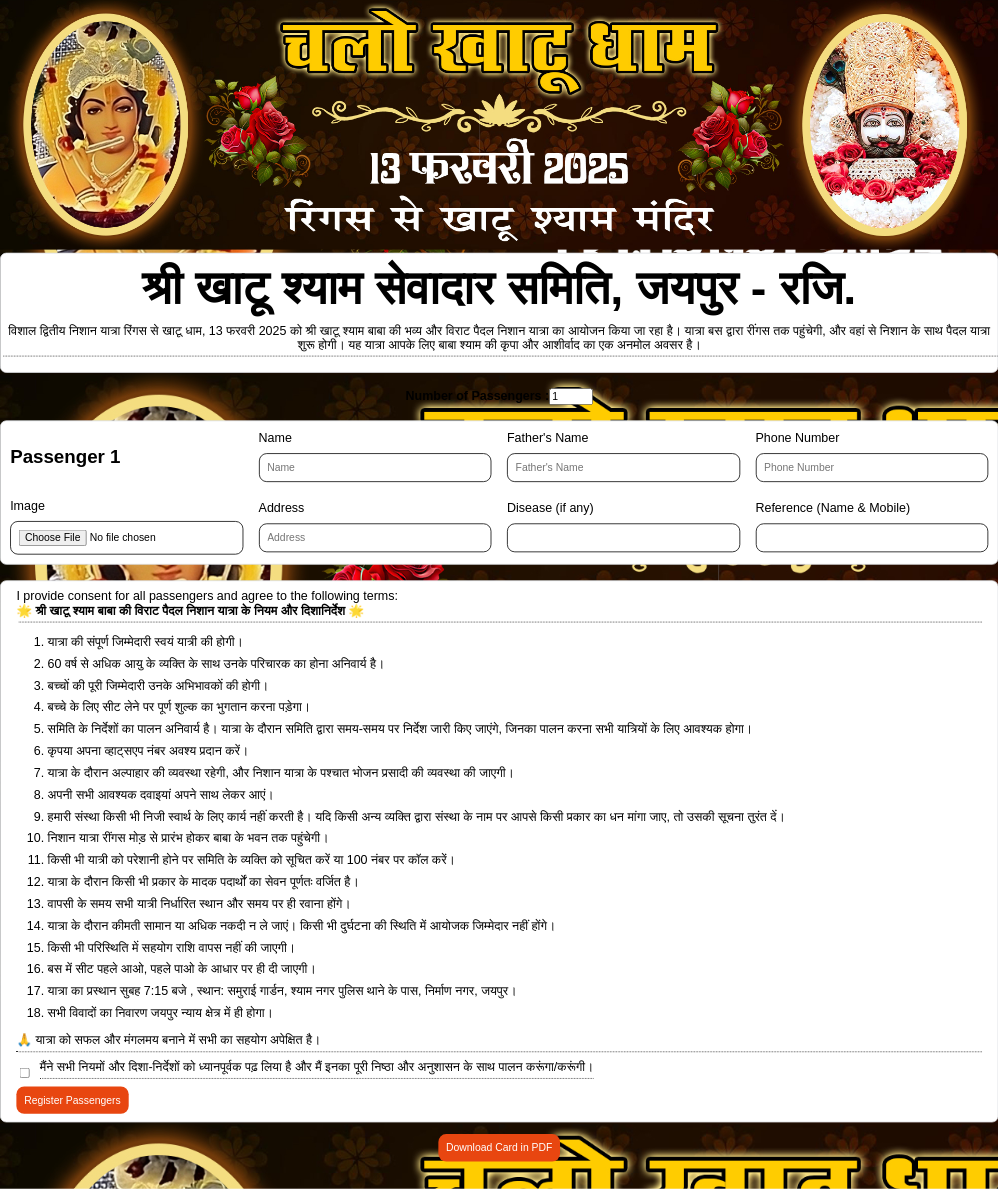
Repository: pripriya09/StudentID-Card-Download
Page: / (app in frontend/)
These files come from the project's save history. The page is drawn as it stood at one moment and after a run of saves; the edit follows.
The browser window is 1280 px wide. The pictures show the whole page, at 78% of full size.
The project was rebuilt for these pictures with package versions that can differ from the ones it lists, and the page was loaded fresh each time. Also part of the build but not shown: frontend/vite.config.js.

Above is the page before, as saved 2025-01-16 16:09:19.

### frontend/src/main.jsx
import React from 'react'
import ReactDOM from 'react-dom/client'
// import App from './App'
// import './index.css'
import Form from './Form.jsx'
// import IDCardForm from './copy form/IDCardForm.jsx'

ReactDOM.createRoot(document.getElementById('root')).render(
  <React.StrictMode>
    {/* <App /> */}
    <Form/>
    {/* <IDCardForm/> */}
  </React.StrictMode>,
)

### frontend/src/Form.jsx
import React, { useState, useRef } from "react";
import jsPDF from "jspdf";
import html2canvas from "html2canvas";
import axios from "axios";
import "./App.css";

const Form = () => {
  const [count, setCount] = useState(1); // Number of passengers
  const [consent, setConsent] = useState(false);
  const [isSubmitted, setIsSubmitted] = useState(false); // Track if the form is successfully submitted
  const [formData, setFormData] = useState(
    Array.from({ length: 1 }, () => ({
      name: "",
      fatherName: "",
      phoneNumber: "",
      address: "",
      image: null,
      disease: "",
      reference: "",
      registrationNumber: "", // Add a registration number field
    }))
  );
  const [idCardData, setIdCardData] = useState(null);
  const fileInputRefs = useRef([]);

  const handleCountChange = (e) => {
    let value = parseInt(e.target.value, 10);

    // Ensure value is within range 1 to 10
    if (value < 1) {
      value = 1;
    } else if (value > 10) {
      value = 10;
    }

    // Update state
    setCount(value);

    // Update the formData array to match the new count
    setFormData((prev) =>
      Array.from({ length: value }, (_, i) => prev[i] || {
        name: "",
        fatherName: "",
        phoneNumber: "",
        address: "",
        image: "",
        disease: "",
        reference: "",
        registrationNumber: "",
      })
    );
  };


  const handleChange = (index, e) => {
    const { name, value, type, files } = e.target;
    setFormData((prevData) => {
      const updatedData = [...prevData];
      if (type === "file") {
        const reader = new FileReader();
        reader.onloadend = () => {
          updatedData[index][name] = reader.result;
          setFormData(updatedData);
        };
        if (files[0]) reader.readAsDataURL(files[0]);
      } else {
        updatedData[index][name] = value;
      }
      return updatedData;
    });
  };

  const handleSubmit = async (e) => {
    e.preventDefault();
    if (!consent) {
      alert("Please provide consent for registration.");
      return;
    }
    try {
      const formDataToSubmit = formData.map((data) => {
        const {
          name,
          fatherName,
          phoneNumber,
          address,
          image,
          consent,
          disease,
          reference,
        } = data;
        return {
          name,
          fatherName,
          phoneNumber,
          address,
          image, // Base64 image
          consent,
          disease,
          reference,
        };
      });

      const response = await axios.post("http://localhost:6009/api/students", {
        passengers: formDataToSubmit,
        consent: consent,
      });

      if (response.status === 200) {
        alert("Passengers registered successfully.");
        console.log("Response Data:", response.data);

        setFormData((prevData) =>
          prevData.map((data, index) => ({
            ...data,
            registrationNumber: response.data.registrationNumbers[index],
          }))
        );

        // Mark the form as successfully submitted
        setIsSubmitted(true);
      } else {
        alert("Failed to register passengers. Please try again.");
      }

      setIdCardData(formData);
    } catch (error) {
      console.error("Error submitting form:", error);
      alert("An error occurred while submitting the form.");
    }
  };

  const handleDownloadPDF = () => {
    // Check if all passengers have a valid registration number
    if (formData.some((data) => !data.registrationNumber)) {
      alert("Please register all passengers before downloading the ID cards.");
      return;
    }

    const pdf = new jsPDF();
    const idCardElements = document.querySelectorAll(".id-card-table");

    Promise.all(
      Array.from(idCardElements).map((card) =>
        html2canvas(card, { scale: 1 }).then((canvas) =>
          canvas.toDataURL("image/png")
        )
      )
    ).then((images) => {
      const pdfWidth = pdf.internal.pageSize.getWidth();
      const pdfHeight = pdf.internal.pageSize.getHeight();

      // Define ID card dimensions and spacing
      const cardWidth = 100; // Set desired width for the ID card
      const cardHeight = 60; // Set desired height for the ID card
      const margin = 3; // Margin between cards
      const cardsPerRow = Math.floor(
        (pdfWidth - margin) / (cardWidth + margin)
      );

      let x = margin;
      let y = margin;

      images.forEach((imgData, index) => {
        // Add image to the PDF
        pdf.addImage(imgData, "PNG", x, y, cardWidth, cardHeight);

        // Update x and y for the next card
        x += cardWidth + margin;

        // Move to the next row if the current row is full
        if ((index + 1) % cardsPerRow === 0) {
          x = margin;
          y += cardHeight + margin;

          // Add a new page if the current page is full
          if (y + cardHeight + margin > pdfHeight) {
            pdf.addPage();
            y = margin;
          }
        }
      });

      // Save the PDF
      pdf.save("Passenger_ID_Cards.pdf");

      // Reset form to default state after download
      setFormData([
        {
          name: "",
          fatherName: "",
          phoneNumber: "",
          address: "",
          disease: "",
          reference: "",
          image: null,
          registrationNumber: "",
        },
      ]);
      setConsent(false); // Reset consent checkbox
      setCount(1); // Set passenger count back to 1

      // Reset file inputs (clear image fields)
      if (fileInputRefs.current) {
        fileInputRefs.current.forEach((ref) => (ref.value = "")); // Clear file inputs
      }
      setIsSubmitted(false);
    });
  };


  return (
    <div className="maincontainer">
      <div className="header"></div>
      <div className="App content">
        <div className="header-pic">
          <img src="/khatu-shyam-banner.jpg" alt="" />
        </div>
        <div className="header-txt">
        <h1>श्री खाटू श्याम सेवादार समिति, जयपुर - रजि.</h1>
        <p>विशाल द्वितीय निशान यात्रा रिंगस से खाटू धाम, 13 फरवरी 2025 को श्री खाटू श्याम बाबा की भव्य और विराट पैदल निशान यात्रा का आयोजन किया जा रहा है। यात्रा बस द्वारा रींगस तक पहुंचेगी, और वहां से निशान के साथ पैदल यात्रा शुरू होगी। यह यात्रा आपके लिए बाबा श्याम की कृपा और आशीर्वाद का एक अनमोल अवसर है।</p>
        </div>
        <div className="passanger-count">
        <label>
          Number of Passengers :
          <input
  type="number"
  min="1"
  max="10"
  value={count}
  onChange={handleCountChange}
  onInput={(e) => {
    let value = e.target.value;
    value = value.replace(/^0+/, "");
    if (value === "" || isNaN(value)) {
      setCount("");
    } else {
      const numericValue = Math.min(Math.max(parseInt(value, 10), 1), 10);
      if(numericValue > 10){
   alert("only 10 passengers are allowed")
      }

      setCount(numericValue);
    }
  }}
  required
/>
</label>
</div>
        <form onSubmit={handleSubmit}>
          {formData.map((data, index) => (
            <div key={index} className="passenger-form">
              <h2>Passenger {index + 1}</h2>
              <div className="form-field">
                <label htmlFor={`name-${index}`}>Name</label>
                <input
                  type="text"
                  name="name"
                  id={`name-${index}`}
                  placeholder="Name"
                  value={data.name}
                  onChange={(e) => handleChange(index, e)}
                  maxLength={20}
                  required
                />
              </div>

              <div className="form-field">
                <label htmlFor={`fatherName-${index}`}>Father's Name</label>
                <input
                  type="text"
                  name="fatherName"
                  id={`fatherName-${index}`}
                  placeholder="Father's Name"
                  value={data.fatherName}
                  onChange={(e) => handleChange(index, e)}
                  maxLength={20}
                  required
                />
              </div>

              <div className="form-field">
                <label htmlFor={`phoneNumber-${index}`}>Phone Number</label>
                <input
                  type="tel"
                  name="phoneNumber"
                  id={`phoneNumber-${index}`}
                  placeholder="Phone Number"
                  value={data.phoneNumber}
                  onChange={(e) => handleChange(index, e)}
                  pattern="\d{10}"
                  title="Phone number must be 10 digits / only number allowed"
                  required
                />
              </div>

              <div className="form-field">
                <label htmlFor={`image-${index}`}>Image</label>
                <input
                  type="file"
                  name="image"
                  id={`image-${index}`}
                  onChange={(e) => handleChange(index, e)}
                  ref={(el) => (fileInputRefs.current[index] = el)}
                  required
                />
              </div>

              <div className="form-field">
                <label htmlFor={`address-${index}`}>Address</label>
                <input
                  type="text"
                  name="address"
                  id={`address-${index}`}
                  placeholder="Address"
                  value={data.address}
                  onChange={(e) => handleChange(index, e)}
                  maxLength={20}
                  required
                />
              </div>

              <div className="form-field">
                <label htmlFor={`disease-${index}`}>Disease (if any)</label>
                <input
                  type="text"
                  name="disease"
                  id={`disease-${index}`}
                  value={data.disease}
                  onChange={(e) => handleChange(index, e)}
                  required
                />
              </div>

              <div className="form-field">
                <label htmlFor={`reference-${index}`}>Reference (Name & Mobile)</label>
                <input
                  type="text"
                  name="reference"
                  id={`reference-${index}`}
                  value={data.reference}
                  onChange={(e) => handleChange(index, e)}
                  required
                />
              </div>
            </div>
          ))}

          <label className="centered-consent">
            <div className="agreement-text">
              <span>
                I provide consent for all passengers and agree to the following terms:
              </span>
              <p><strong>🌟 श्री खाटू श्याम बाबा की विराट पैदल निशान यात्रा के नियम और दिशानिर्देश 🌟</strong></p>
              <ol>
                <li>यात्रा की संपूर्ण जिम्मेदारी स्वयं यात्री की होगी।</li>
                <li>60 वर्ष से अधिक आयु के व्यक्ति के साथ उनके परिचारक का होना अनिवार्य है।</li>
                <li>बच्चों की पूरी जिम्मेदारी उनके अभिभावकों की होगी।</li>
                <li>बच्चे के लिए सीट लेने पर पूर्ण शुल्क का भुगतान करना पड़ेगा।</li>
                <li>समिति के निर्देशों का पालन अनिवार्य है। यात्रा के दौरान समिति द्वारा समय-समय पर निर्देश जारी किए जाएंगे, जिनका पालन करना सभी यात्रियों के लिए आवश्यक होगा।</li>
                <li>कृपया अपना व्हाट्सएप नंबर अवश्य प्रदान करें।</li>
                <li>यात्रा के दौरान अल्पाहार की व्यवस्था रहेगी, और निशान यात्रा के पश्चात भोजन प्रसादी की व्यवस्था की जाएगी।</li>
                <li>अपनी सभी आवश्यक दवाइयां अपने साथ लेकर आएं।</li>
                <li>हमारी संस्था किसी भी निजी स्वार्थ के लिए कार्य नहीं करती है। यदि किसी अन्य व्यक्ति द्वारा संस्था के नाम पर आपसे किसी प्रकार का धन मांगा जाए, तो उसकी सूचना तुरंत दें।</li>
                <li>निशान यात्रा रींगस मोड़ से प्रारंभ होकर बाबा के भवन तक पहुंचेगी।</li>
                <li>किसी भी यात्री को परेशानी होने पर समिति के व्यक्ति को सूचित करें या 100 नंबर पर कॉल करें।</li>
                <li>यात्रा के दौरान किसी भी प्रकार के मादक पदार्थों का सेवन पूर्णतः वर्जित है।</li>
                <li>वापसी के समय सभी यात्री निर्धारित स्थान और समय पर ही रवाना होंगे।</li>
                <li>यात्रा के दौरान कीमती सामान या अधिक नकदी न ले जाएं। किसी भी दुर्घटना की स्थिति में आयोजक जिम्मेदार नहीं होंगे।</li>
                <li>किसी भी परिस्थिति में सहयोग राशि वापस नहीं की जाएगी।</li>
                <li>बस में सीट पहले आओ, पहले पाओ के आधार पर ही दी जाएगी।</li>
                <li>यात्रा का प्रस्थान सुबह 7:15 बजे , स्थान: समुराई गार्डन, श्याम नगर पुलिस थाने के पास, निर्माण नगर, जयपुर।</li>
                <li>सभी विवादों का निवारण जयपुर न्याय क्षेत्र में ही होगा।</li>
              </ol>
              <p>🙏 यात्रा को सफल और मंगलमय बनाने में सभी का सहयोग अपेक्षित है।</p>

              <div className="terms">
                <input
                  type="checkbox"
                  name="consent"
                  checked={consent}
                  onChange={() => setConsent(!consent)}
                  required
                />
                <p>मैंने सभी नियमों और दिशा-निर्देशों को ध्यानपूर्वक पढ़ लिया है और मैं इनका पूरी निष्ठा और अनुशासन के साथ पालन करूंगा/करूंगी।</p>
              </div>
              <button type="submit">Register Passengers</button>
            </div>
          </label>
        </form>

        <div className="download-pdf">
          <button className="id-print-btn" onClick={handleDownloadPDF}>
            Download Card in PDF
          </button>
        </div>

        {/* Display ID Card after Successful Submission */}
        {isSubmitted && formData.map((data, index) => (
  <table className="id-card-table" key={index} >
    <tbody>
      {/* First Row */}
      <tr>

        <td colSpan="1" style={{ color: "red", fontWeight: 700, textAlign: "left", fontSize: "10px", whiteSpace: "nowrap" }}>
          ॥ श्री खाटू श्याम देवाय नमः ॥
        </td>
        <td colSpan="2" style={{ color: "rgb(0, 0, 206)", fontWeight: 700, fontSize: "10px", textAlign: "right" }}>
          रजि. नं. : COOPI2024 / JAIPURI206591
        </td>
      </tr>

      {/* Title Row */}
      <tr>
        <td colSpan="3" style={{ textAlign: "center", color: "rgb(255, 0, 0)", fontWeight: 900, fontSize: "26px" }}>
          श्री खाटू श्याम सेवादार समिति
        </td>
      </tr>

      {/* Address Row */}
      <tr>
        <td colSpan="3" style={{ textAlign: "center", color: "rgb(0, 0, 0)", fontSize: "12px", fontWeight: 600 }}>
          ए बी 468, दूसरी मंजिल, निर्माण नगर, किंग्स रोड़, अजमेर रोड़, जयपुर मो- 8905902495
        </td>
      </tr>

      {/* Event Row */}
      <tr>
        <td colSpan="3" style={{ textAlign: "center", color: "rgb(255, 0, 43)", fontWeight: 700, fontSize: "15px" }}>
          रींगस से खाटूधाम पदयात्रा (दिनांक- 13 फरवरी 2025)
        </td>
      </tr>

      {/* ID Card Details */}
      <tr>
        {/* Profile Image Column */}
        <td colSpan="1" rowspan="5" style={{ textAlign: "center" }}>
          <img src={data.image || './shyam.jpg'} className="profile-img" alt="Profile" />
        </td>

        {/* Registration Number */}
        <td className="large-text" colSpan="2" style={{ color: "rgb(0, 0, 0)", fontWeight: 600, borderBottom: "dotted 1px rgb(58, 58, 58)" }}>
          रजिस्ट्रेशन नं. - {data.registrationNumber}
        </td>
      </tr>

      {/* Name Row */}
      <tr>
        <td colSpan="2" className="large-text" style={{ color: "rgb(0, 0, 0)", fontWeight: 600, borderBottom: "dotted 1px rgb(58, 58, 58)"}}>
          पदयात्री का नाम - {data.name}
        </td>
      </tr>

      {/* Father’s Name Row */}
      <tr>
        <td colSpan="3" className="large-text" style={{ color: "rgb(0, 0, 0)", fontWeight: 600, borderBottom: "1px dotted rgb(58, 58, 58)",  }}>
          पिता का नाम - {data.fatherName}
        </td>
      </tr>

      {/* Phone Number Row */}
      <tr>
        <td colSpan="2" className="large-text" style={{ color: "rgb(0, 0, 0)", fontWeight: 600, borderBottom: "1px dotted rgb(58, 58, 58)",}}>
          पदयात्री मोबाइल नं. - {data.phoneNumber}
        </td>
      </tr>

      {/* Address Row */}
      <tr>
        <td colSpan="2" className="large-text" style={{ color: "rgb(0, 0, 0)", fontWeight: 600, }}>
          पदयात्री का पता - {data.address}
        </td>
      </tr>

      {/* Contact Information Row */}
      <tr>
        <td colSpan="3" style={{ textAlign: "center", color: "rgb(12, 0, 177)", fontWeight: 700, fontSize: "13px", borderTop: "solid 2px black" }}>
          सम्पर्क सूत्र : 8696555530, 9887662860, 9828156963, 6376999432, 9314476414, 9828256321, 9782676365
        </td>
      </tr>
    </tbody>
  </table>
))}

      </div>
    </div>
  );
};

export default Form;

### frontend/src/App.css
/* General styling */
body {
  font-family: Arial, sans-serif;
  margin: 0;
  padding: 0;
  background-color: #fcf9f9;
  background-image: url("/khatu-shyam-banner.jpg");
}
.maincontainer{
  max-width: 1280px;
  margin: auto;
}
.content{
  margin-bottom: 20px;
}
.passenger-form {
  display: grid;
  margin: 20px 0px;
  grid-template-columns: 1fr 1fr 1fr 1fr;
  justify-content: space-between;
  gap: 20px;
  align-items: center;
  background-color: #fff;
border: 1px solid rgb(218, 220, 224);
border-radius: 8px;
padding: 12px;
}
.passanger-count{
 text-align: center;
 margin-top: 20px;
 font-weight: 600;
 gap: 10px;
}
.form-field {
  display: flex;
  flex-direction: column;
  gap: 10px;
}
.student_id {
  width: 400px;
  background-color: #fff;
  border-radius: 25px;
  border: solid 1px black;
  margin: 20px auto;
  overflow: hidden;

  /* box-shadow: 1px 2px 4px #a9a39e, 0px 1px 0px #a9a39e, 2px 1px 0px #a9a39e,
    1px 2px 0px #a9a39e, 3px 2px 0px #958b83, 2px 3px 0px #958b83,
    4px 3px 0px #93867c, 3px 4px 0px #93867c, 5px 4px 0px #93867c,
    4px 5px 0px #93867c; */
}

.top_section {
  display: flex;
  padding: 10px;
  background: linear-gradient(to right, #e84610, #ffffff);
  color: white;
  justify-content: flex-start;
  align-items: center;
}

.profile_photo {
  flex-shrink: 0;
}

.profile_photo img {
  width: 100px;
  height: 100px;
  border-radius: 50%;
  border: 2px solid #fff;
  object-fit: cover;
}

form input {
  padding: 10px;
  border: solid 1px black;
  color: black;
  border-radius: 10px;
}
form button {
  padding: 10px;
  color: #fff;
  background-color: #e84610;
  border-radius: 10px;
  border: none;
}
.download-pdf {
  display: flex;
  justify-content: center;
}

.student_name {
  display: flex;
  margin: 15px 0px 10px 20px;
  flex-direction: column;
  justify-content: center;
}
.header-pic img{
  width: 100%;
}
.header-txt{
  background-color: #fff;
  border: 1px solid rgb(218, 220, 224);
  border-radius: 8px;
}

.header-txt h1{
  font-size: 60px;
  text-align: center;
  font-weight: 900;
  margin: 10px 0px;
}
.header-txt p{
  text-align: center;
  margin-bottom: 20px;

}
.student_info {
  list-style: none;
  padding: 0;
  margin: 0;
}

.bottom_section {
  padding: 10px 25px;
}

.student_details {
  margin-top: 10px;
}

p {
  margin-bottom: 10px;
  margin-top: 0px;
  color: black;
  padding-bottom: 5px;
  border-bottom: dotted 1px #303030;
}
.id-print-btn {
  padding: 10px;
  background-color: #e84610;
  border: none;
  color: white;
  border-radius: 10px;
  margin: 15px 0px;
}

/* -------------------------------------*/
table {
  width: 160%;
  max-width: 160%;
}
.id-card-table {
  position: relative;
  width: 350px !important;
  max-width: 350px !important;
  padding: 15px !important;
  border-collapse: collapse;
  background-color: rgb(240, 230, 230) !important;
  margin: 10px auto;
  border: solid 1px black;
}
.profile-img {
  width: 120px;
  object-fit: fill;
  height: 120px;
  border: solid 2px rgb(133, 46, 46);
}
td {
  padding: 0px;
  margin: 0px;
}
.center-text {
  text-align: center;
}
.bold-text {
  font-weight: 700;
}
.large-text {
  font-size: 13px;
}
.extra-large-text {
  font-size: 18px;
}
.huge-text {
  font-size: 28px;
}
.filter-shadow {
  filter: drop-shadow(2px 1px 1px rgb(255, 230, 7));
}

.centered-consent{
  margin: auto;

}
.terms{
  display: flex;
  justify-content: flex-start;
  align-items: center;
  gap: 10px;
}

ol li {
  margin-bottom: 10px; /* Optional: space between list items */

}
.agreement-text{
  background-color: #dddada;
  padding: 10px 20px;
  background-color: #fff;
  border: 1px solid rgb(218, 220, 224);
  border-radius: 8px;
}



@media screen and (max-width: 900px) {
  .passenger-form {
    display: grid;
    margin: 20px 0px;
    grid-template-columns: 1fr ;
    justify-content: space-between;
    gap: 20px;
    align-items: center;
  }
  .form-field {
    display: flex;
    flex-direction: column;
    gap: 10px;
  }
  .content{
    padding: 20px;
  }
  .header-txt h1{
    font-size: 25px;
    text-align: center;
    font-weight: 900;
  }
}

Loaded but not shown: frontend/index.html (common file)

After the next 7 saves:
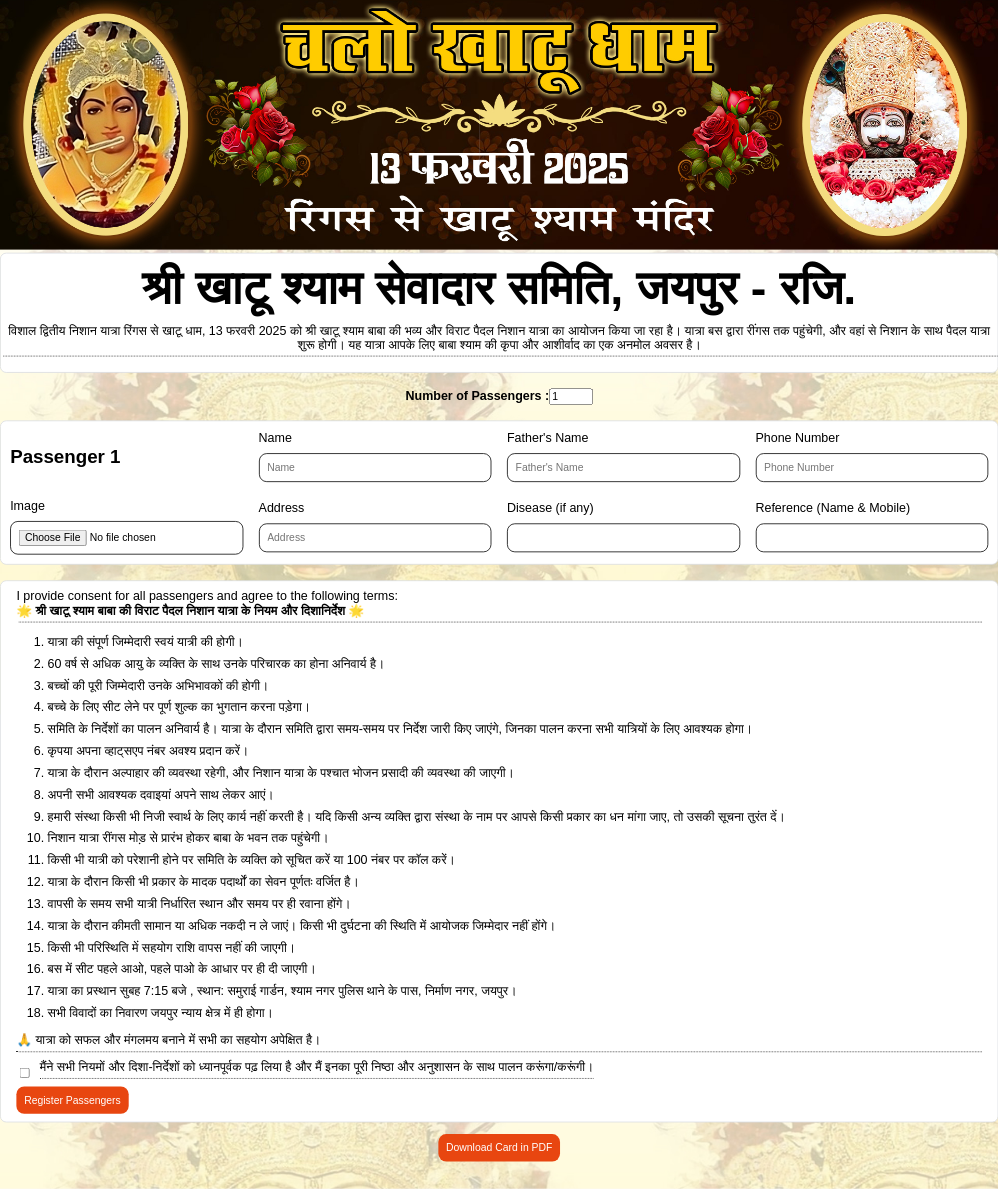
The 7 saves are shown as one change because they came seconds apart.
The last was saved 70 s later.
--- a/frontend/src/App.css
+++ b/frontend/src/App.css
@@ -4,7 +4,7 @@ body {
   margin: 0;
   padding: 0;
   background-color: #fcf9f9;
-  background-image: url("/khatu-shyam-banner.jpg");
+  background-image: url("/shyam.jpg");
 }
 .maincontainer{
   max-width: 1280px;
